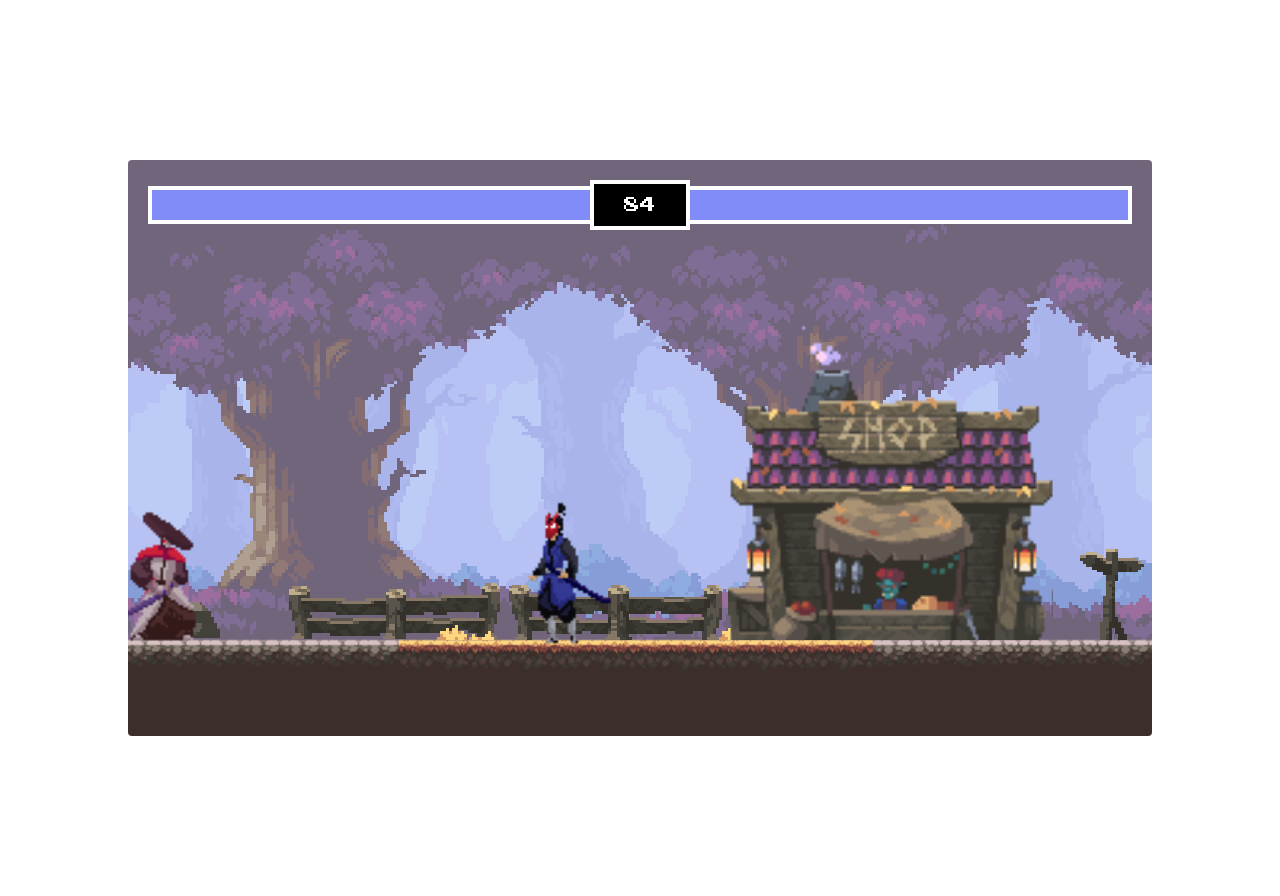
Repository: LuizAGDomingues/js-fighting-game
Page: index.html
The author's editor kept a copy of each file at every save. The page is drawn from the files as they stood at one save, then again after a run of saves.
The browser window is 1280 px wide. The pictures show the whole page.

Above is the page before, as saved 2022-12-24 10:00:34.

### index.html
<!DOCTYPE html>
<html lang="en">
  <head>
    <meta charset="UTF-8" />
    <link rel="icon" type="image/svg+xml" href="./images/Logo.jpg" />
    <link rel="preconnect" href="https://fonts.googleapis.com" />
    <link rel="preconnect" href="https://fonts.gstatic.com" crossorigin />
    <link href="https://fonts.googleapis.com/css2?family=Press+Start+2P&display=swap" rel="stylesheet" />
    <link href="./src/css/battle.css" rel="stylesheet" />
    <meta name="viewport" content="width=device-width, initial-scale=1.0" />
    <title>Figthing Game</title>
  </head>
  <body>
    <div class="content">
      <div class="life-bars">
        <!-- player health -->
        <div class="playerHealth-content">
          <div class="playerHealth-aux"></div>
          <div id="playerHealth" class="playerHealth-bar"></div>
        </div>
        <!-- timer -->
        <div id="timer" class="timer">10</div>
        <!-- enemy health -->
        <div class="enemyHealth-content">
          <div class="enemyHealth-aux"></div>
          <div id="enemyHealth" class="enemyHealth-bar"></div>
        </div>
      </div>
      <div id="displayText" class="result">Tie</div>
      <canvas style="border-radius: 4px;"></canvas>
    </div>
    <script
      src="https://cdnjs.cloudflare.com/ajax/libs/gsap/3.11.3/gsap.min.js"
      integrity="sha512-gmwBmiTVER57N3jYS3LinA9eb8aHrJua5iQD7yqYCKa5x6Jjc7VDVaEA0je0Lu0bP9j7tEjV3+1qUm6loO99Kw=="
      crossorigin="anonymous"
      referrerpolicy="no-referrer"
    ></script>
    <script src="./src/utils.js"></script>
    <script src="./src/classes.js"></script>
    <script src="./src/main.js"></script>
  </body>
</html>

### src/css/battle.css
* {
  box-sizing: border-box;
  font-family: 'Press Start 2P', sans-serif;
}

body {
  width: 100%;
  height: 100%;
  display: flex;
  justify-content: center;
  margin: 10rem 0;
  overflow: hidden;
  background-image: url();
}

.content {
  position: relative;
  display: inline-block;
}

.life-bars {
  position: absolute;
  display: flex;
  width: 100%;
  align-items: center;
  padding: 20px;
}

.playerHealth-content {
  position: relative;
  width: 100%;
  display: flex;
  justify-content: flex-end;
  border-top: 4px solid white;
  border-left: 4px solid white;
  border-bottom: 4px solid white;
}

.playerHealth-aux {
  background-color: red;
  height: 30px;
  width: 100%;
}

.playerHealth-bar {
  position: absolute;
  background: #818CF8;
  top: 0;
  right: 0;
  bottom: 0;
  width: 100%;
}

.timer {
  background-color: black;
  width: 100px;
  height: 50px;
  flex-shrink: 0;
  display: flex;
  align-items: center;
  justify-content: center;
  color: white;
  border: 4px solid white;
}

.enemyHealth-content {
  position: relative;
  width: 100%;
  border-top: 4px solid white;
  border-right: 4px solid white;
  border-bottom: 4px solid white;
}

.enemyHealth-aux {
  background-color: red;
  height: 30px;
}

.enemyHealth-bar {
  position: absolute;
  background: #818CF8;
  top: 0;
  right: 0;
  bottom: 0;
  left: 0;
}

.result {
  position: absolute;
  color: white;
  align-items: center;
  justify-content: center;
  top: 0;
  right: 0;
  bottom: 0;
  left: 0;
  display: none;
}

### src/utils.js
function rectangularCollision({ rectangle1, rectangle2 }) {
  return (
    rectangle1.attackBox.position.x + rectangle1.attackBox.width >= rectangle2.position.x
    && rectangle1.attackBox.position.x <= rectangle2.position.x + rectangle2.width
    && rectangle1.attackBox.position.y + rectangle1.attackBox.height >= rectangle2.position.y
    && rectangle1.attackBox.position.y <= rectangle2.position.y + rectangle2.height
  )
};

function determineWinner({player, enemy, timerId}) {
  clearTimeout(timerId)
  document.querySelector('#displayText').style.display = 'flex'
  if(player.health === enemy.health) {
    document.querySelector('#displayText').innerHTML = 'Tie'
  } else if (player.health > enemy.health) {
    document.querySelector('#displayText').innerHTML = 'Player 1 wins'
  } else if (player.health < enemy.health) {
    document.querySelector('#displayText').innerHTML = 'Player 2 wins'
  }
};

### src/classes.js
class Sprite {
  constructor({position, imageSrc, scale = { x: 1, y: 1 }, framesMax = 1, offset = { x: 0, y: 0 }}) {
    this.position = position
    this.image = new Image()
    this.image.src = imageSrc
    this.scale = scale
    this.framesMax = framesMax
    this.framesCurrent = 0
    this.framesElapsed = 0
    this.framesHold = 5
    this.offset = offset
  }

  draw() {
    c.drawImage(
      this.image,
      this.framesCurrent * (this.image.width / this.framesMax),
      0,
      this.image.width / this.framesMax,
      this.image.height,
      this.position.x - this.offset.x,
      this.position.y - this.offset.y,
      (this.image.width / this.framesMax) * this.scale.x,
      this.image.height * this.scale.y
    )
  }

  animateFrames() {
    this.framesElapsed++
    if(this.framesElapsed % this.framesHold === 0) {
      if(this.framesCurrent < this.framesMax - 1) {
        this.framesCurrent++
      } else {
        this.framesCurrent = 0
      }
    }
  }

  update() {
    this.draw()
    this.animateFrames()
  }
}

class Fighter extends Sprite {
  constructor({
    position,
    velocity,
    color = 'red',
    imageSrc,
    scale = { x: 1, y: 1 },
    framesMax = 1,
    offset = { x: 0, y: 0 },
    sprites,
    attackBox = { offset: {}, width: undefined, height: undefined }
  }) {
    super({
      position,
      imageSrc,
      scale,
      framesMax,
      offset
    })

    this.velocity = velocity
    this.width = 50
    this.height = 150
    this.lastKey
    this.attackBox = {
      position: {
        x: this.position.x,
        y: this.position.y
      },
      offset: attackBox.offset,
      width: attackBox.width,
      height: attackBox.height
    }
    this.color = color
    this.isAttacking
    this.health = 100
    this.framesCurrent = 0
    this.framesElapsed = 0
    this.framesHold = 5
    this.sprites = sprites
    this.dead = false

    for (const sprite in this.sprites) {
      sprites[sprite].image = new Image()
      sprites[sprite].image.src = sprites[sprite].imageSrc
    }
  }

  update() {
    this.draw()
    if(!this.dead) this.animateFrames()

    this.attackBox.position.x = this.position.x + this.attackBox.offset.x
    this.attackBox.position.y = this.position.y + this.attackBox.offset.y

    // Draw the attack box
    //c.fillRect(this.attackBox.position.x, this.attackBox.position.y, this.attackBox.size.width, this.attackBox.height)

    this.position.x += this.velocity.x
    this.position.y += this.velocity.y

    // gravity function
    if(this.position.y + this.height + this.velocity.y >= canvas.height - 96) {
      this.velocity.y = 0
      this.position.y = 330
    } else this.velocity.y += gravity

  }

  attack() {
    if(this.image === this.sprites.takeHit.image || this.image === this.sprites.death.image) {
      return
    } else {
      this.switchSprite('attack1')
      this.isAttacking = true
    }
  }

  takeHit() {
    this.health -= 20
    if(this.health <= 0) {
      this.switchSprite('death')
    } else {
      this.switchSprite('takeHit')
    }
  }

  switchSprite(sprite) {
    if(this.image === this.sprites.death.image) {
      if(this.framesCurrent === this.sprites.death.framesMax - 1)
        this.dead = true
      return
    }
    // overriding all other animations with the attack animation
    if(
      this.image === this.sprites.attack1.image &&
      this.framesCurrent < this.sprites.attack1.framesMax - 1
    ) return
    // overriding when figther gets hit
    if(
      this.image === this.sprites.takeHit.image &&
      this.framesCurrent < this.sprites.takeHit.framesMax - 1
    ) return

    switch(sprite) {
      case 'idle':
        if(this.image !== this.sprites.idle.image) {
          this.image = this.sprites.idle.image
          this.framesMax = this.sprites.idle.framesMax
          this.framesCurrent = 0
        }
        break
      case 'run':
        if(this.image !== this.sprites.run.image) {
          this.image = this.sprites.run.image
          this.framesMax = this.sprites.run.framesMax
          this.framesCurrent = 0
        }
        break
      case 'jump':
        if(this.image !== this.sprites.jump.image) {
          this.image = this.sprites.jump.image
          this.framesMax = this.sprites.jump.framesMax
          this.framesCurrent = 0
        }
        break
      case 'fall':
        if(this.image !== this.sprites.fall.image) {
          this.image = this.sprites.fall.image
          this.framesMax = this.sprites.fall.framesMax
          this.framesCurrent = 0
        }
        break
      case 'attack1':
        if(this.image !== this.sprites.attack1.image) {
          this.image = this.sprites.attack1.image
          this.framesMax = this.sprites.attack1.framesMax
          this.framesCurrent = 0
        }
        break
      case 'takeHit':
        if(this.image !== this.sprites.takeHit.image) {
          this.image = this.sprites.takeHit.image
          this.framesMax = this.sprites.takeHit.framesMax
          this.framesCurrent = 0
        }
        break
      case 'death':
        if(this.image !== this.sprites.death.image) {
          this.image = this.sprites.death.image
          this.framesMax = this.sprites.death.framesMax
          this.framesCurrent = 0
        }
        break
    }
  }
}

### src/main.js
const canvas = document.querySelector('canvas');
const c = canvas.getContext('2d');

canvas.width = 1024
canvas.height = 576

c.fillRect(0, 0, canvas.width, canvas.height)

const gravity = .7

var gameIsOver = false

const background = new Sprite({
  position: {
    x: 0,
    y: 0
  },
  imageSrc: '../images/background.png'
})

const shop = new Sprite({
  position: {
    x: 600,
    y: 128
  },
  imageSrc: '../images/shop.png',
  scale: {
    x: 2.75,
    y: 2.75
  },
  framesMax: 6
})

const player = new Fighter({
  position: {
    x: 0,
    y: 0
  },
  velocity: {
    x: 0,
    y: 0
  },
  offset: {
    x: 0,
    y: 0
  },
  imageSrc: '../images/samuraiMack/Idle.png',
  framesMax: 8,
  scale: {
    x: 2.5,
    y: 2.5
  },
  offset: {
    x: 215,
    y: 155
  },
  sprites: {
    idle: {
      imageSrc: '../images/samuraiMack/Idle.png',
      framesMax: 8
    },
    run: {
      imageSrc: '../images/samuraiMack/Run.png',
      framesMax: 8
    },
    jump: {
      imageSrc: '../images/samuraiMack/Jump.png',
      framesMax: 2
    },
    fall: {
      imageSrc: '../images/samuraiMack/Fall.png',
      framesMax: 2
    },
    attack1: {
      imageSrc: '../images/samuraiMack/Attack1.png',
      framesMax: 6
    },
    takeHit: {
      imageSrc: '../images/samuraiMack/Take Hit.png',
      framesMax: 4
    },
    death: {
      imageSrc: '../images/samuraiMack/Death.png',
      framesMax: 6
    }
  },
  attackBox: {
    offset: {
      x: 100,
      y: 50
    },
    width: 140,
    height: 50
  }
})

const enemy = new Fighter({
  position: {
    x: 400,
    y: 100
  },
  velocity: {
    x: 0,
    y: 0
  },
  color: 'blue',
  offset: {
    x: -50,
    y: 0
  },
  imageSrc: '../images/kenji/Idle.png',
  framesMax: 4,
  scale: {
    x: 2.5,
    y: 2.5
  },
  offset: {
    x: 215,
    y: 167
  },
  sprites: {
    idle: {
      imageSrc: '../images/kenji/Idle.png',
      framesMax: 4
    },
    run: {
      imageSrc: '../images/kenji/Run.png',
      framesMax: 8
    },
    jump: {
      imageSrc: '../images/kenji/Jump.png',
      framesMax: 2
    },
    fall: {
      imageSrc: '../images/kenji/Fall.png',
      framesMax: 2
    },
    attack1: {
      imageSrc: '../images/kenji/Attack1.png',
      framesMax: 4
    },
    takeHit: {
      imageSrc: '../images/kenji/Take hit.png',
      framesMax: 3
    },
    death: {
      imageSrc: '../images/kenji/Death.png',
      framesMax: 7
    }
  },
  attackBox: {
    offset: {
      x: -170,
      y: 50
    },
    width: 170,
    height: 50
  }
})

const keys = {
  a: {
    pressed: false
  },
  d: {
    pressed: false
  },
  ArrowRight: {
    pressed: false
  },
  ArrowLeft: {
    pressed: false
  }
}

// Timer actions
let timer = 90
let timerId
function decreaseTimer() {
  if(timer > 0) {
    timerId = setTimeout(decreaseTimer, 1000)
    timer--
    document.querySelector('#timer').innerHTML = timer
  }
  if(timer === 0) {
    determineWinner({player, enemy, timerId})
    gameIsOver = true
  }
};
decreaseTimer();

function animate() {
  window.requestAnimationFrame(animate)
  c.fillStyle = 'black'
  c.fillRect(0, 0, canvas.width, canvas.height)
  background.update()
  shop.update()
  c.fillStyle = 'rgba(255, 255, 255, 0.1)'
  c.fillRect(0, 0, canvas.width, canvas.height)
  player.update()
  enemy.update()

  player.velocity.x = 0
  enemy.velocity.x = 0

  // player movement
  if(keys.a.pressed && player.lastKey === 'a' && player.position.x >= 0 && player.image != player.sprites.attack1.image) {
    player.velocity.x = -5
    player.switchSprite('run')
  } else if(keys.d.pressed && player.lastKey === 'd' && player.position.x <= canvas.width - 60 && player.image != player.sprites.attack1.image) {
    player.velocity.x = 5
    player.switchSprite('run')
  } else {
    player.switchSprite('idle')
  }
  // player jumping
  if(player.velocity.y < 0) {
    player.switchSprite('jump')
  } else if(player.velocity.y > 0) {
    player.switchSprite('fall')
  }

  // enemy movement
  if(keys.ArrowLeft.pressed && enemy.lastKey === 'ArrowLeft' && enemy.position.x >= 0) {
    enemy.velocity.x = -5
    enemy.switchSprite('run')
  } else if(keys.ArrowRight.pressed && enemy.lastKey === 'ArrowRight' && enemy.position.x <= canvas.width - 50) {
    enemy.velocity.x = 5
    enemy.switchSprite('run')
  } else {
    enemy.switchSprite('idle')
  }
  // enemy jumping
  if(enemy.velocity.y < 0) {
    enemy.switchSprite('jump')
  } else if(enemy.velocity.y > 0) {
    enemy.switchSprite('fall')
  }

  // detect for collision & enemy is hit
  if(rectangularCollision({rectangle1: player, rectangle2: enemy}) && player.isAttacking && player.framesCurrent === 4) {
    enemy.takeHit()
    player.isAttacking = false
    gsap.to('#enemyHealth', {
      width: enemy.health + '%'
    })
  }

  //if player misses enemy
  if(player.isAttacking && player.framesCurrent === 4) {
    player.isAttacking = false
  }

  // detect for collision & player is hit
  if(rectangularCollision({rectangle1: enemy, rectangle2: player}) && enemy.isAttacking && enemy.framesCurrent === 2) {
    player.takeHit()
    enemy.isAttacking = false
    gsap.to('#playerHealth', {
      width: player.health + '%'
    })
  }

  //if enemy misses enemy
  if(enemy.isAttacking && enemy.framesCurrent === 2) {
    enemy.isAttacking = false
  }

  // end game base on health
  if(enemy.health <= 0 || player.health <= 0){
    determineWinner({player, enemy, timerId})
    gameIsOver = true
  }
}
animate()

window.addEventListener('keydown', (event) => {
  if(!player.dead && !gameIsOver) {
    switch (event.key) {
      case 'd':
        keys.d.pressed = true
        player.lastKey = 'd'
        break
      case 'a':
        keys.a.pressed = true
        player.lastKey = 'a'
        break
      case 'w':
        if(player.image === player.sprites.jump.image || player.image === player.sprites.fall.image) {
          break
        }
        player.velocity.y = -20
        break
      case ' ':
        player.attack()
        break
    }
  }
  if(!enemy.dead && !gameIsOver) {
    switch (event.key) {
      case 'ArrowRight':
        keys.ArrowRight.pressed = true
        enemy.lastKey = 'ArrowRight'
        break
      case 'ArrowLeft':
        keys.ArrowLeft.pressed = true
        enemy.lastKey = 'ArrowLeft'
        break
      case 'ArrowUp':
        if(enemy.image === enemy.sprites.jump.image || enemy.image === enemy.sprites.fall.image) {
          break
        }
        enemy.velocity.y = -20
        break
      case 'ArrowDown':
        enemy.attack()
        break
    }
  }
})

window.addEventListener('keyup', (event) => {
  switch (event.key) {
    case 'd':
      keys.d.pressed = false
      break
    case 'a':
      keys.a.pressed = false
      break

    case 'ArrowRight':
      keys.ArrowRight.pressed = false
      break
    case 'ArrowLeft':
      keys.ArrowLeft.pressed = false
      break
  }
})

After the next 4 saves:
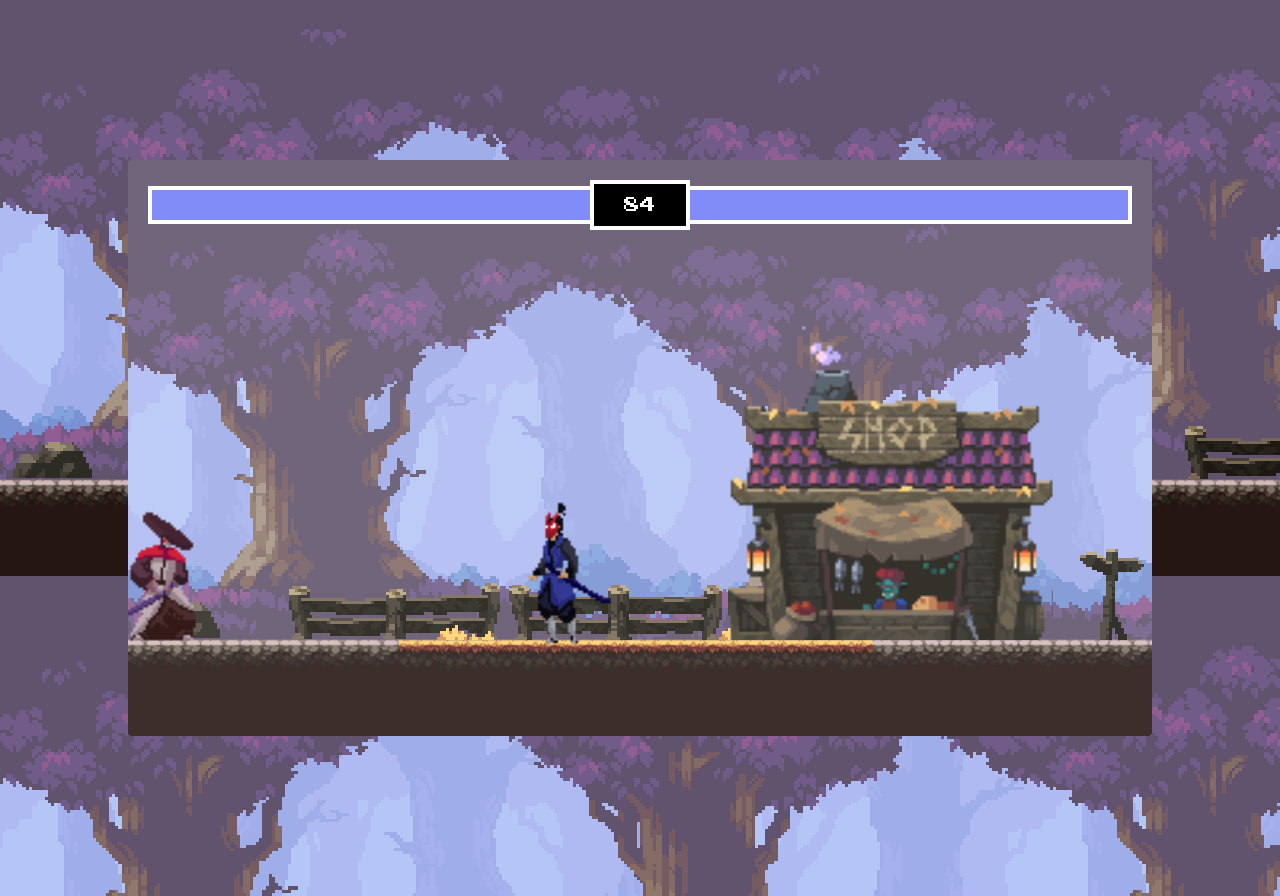
The 4 saves are shown as one change because they came seconds apart.
The last was saved 11 s later.
--- a/src/css/battle.css
+++ b/src/css/battle.css
@@ -10,7 +10,7 @@ body {
   justify-content: center;
   margin: 10rem 0;
   overflow: hidden;
-  background-image: url();
+  background-image: url(../../images/background.png);
 }
 
 .content {
